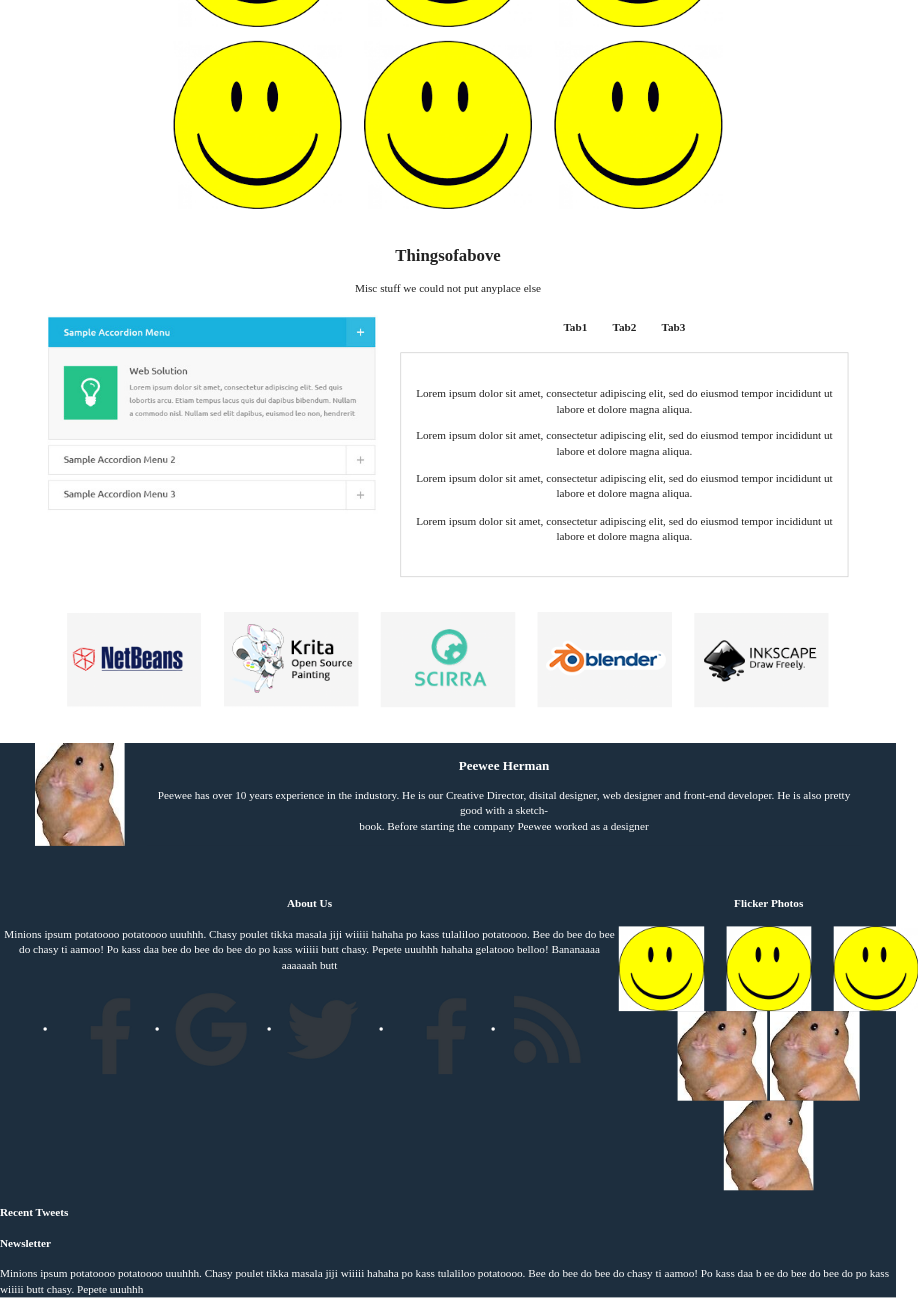
Repository: KanaKimishima/project1-responsive
Page: index.html
These files come from the project's save history. The page is drawn as it stood at one moment and after the next save; the edit follows.
The browser window is 1280 px wide. The page is 1312 px wide, so the pictures cover 1312 px, including what lies to the right of the window. The pictures show the part of the page from y = 1908 to 3788 px (the page is 3778 px tall before and 3788 px after), at 70% of full size.

Above is the page before, as saved 2023-02-06 22:19:26.

### index.html
<!doctype html>
<html class="no-js" lang="">

<head>
  <meta charset="utf-8">
  <title></title>
  <meta name="description" content="">
  <meta name="viewport" content="width=device-width, initial-scale=1">

  <meta property="og:title" content="">
  <meta property="og:type" content="">
  <meta property="og:url" content="">
  <meta property="og:image" content="">

  <link rel="manifest" href="site.webmanifest">
  <link rel="apple-touch-icon" href="icon.png">
  <!-- Place favicon.ico in the root directory -->

  <link rel="stylesheet" href="css/normalize.css">
  <link rel="stylesheet" href="css/main.css">
</head>

<body class="page page-home">
    <header class="page__header">
        <img src="img/logo.png" alt="" class="logo">
        <a href="/">
            <div class="navTab homeTab">
                <img src="img/Home.png" class="navBarIcons">
                <h5>Home</h5>
            </div>
        </a>
        <a href="/">
            <div class="navTab pagesTab">
                <img src="img/pages.png" class="navBarIcons">
                <h5> Pages</h5>
            </div>
        </a>
        <a href="/">
            <div class="navTab blogTab">
                <img src="img/blog.png" class="navBarIcons">
                <h5>Blog</h5>
            </div>
        </a>
        <a href="/">
            <div class="navTab portfolioTab">
                <img src="img/profolio.png" class="navBarIcons">
                <h5>Portfolio</h5>
            </div>
        </a>
        <a href="/">
            <div class="navTab home2Tab">
                <img src="img/home2.png" class="navBarIcons">
                <h5>Home2</h5>
            </div>
        </a>
    </header> <!-- page__header ends here-->

    <div class="page_slide_column">
        <div class="row">
            <img class="minion" src="img/minion.jpg" alt>
        </div>
    </div> <!-- page_slide_column ends here-->


    <div class="page__intro">
        <div class="row">
            <h1 class="heading">Hey guys! This is the <span class="text-color">Metrolics</span> theme. <br>It sports a responsive layout with a mobile layout.</h1>
        </div>
    </div> <!-- page__intro ends here-->

    <section class="about">
        <div class="row">
            <div class="column">
                <h2 class="heading">Things That We Do</h2>
                <p class="text">ask us what we can do for you.</p>
            </div>
        </div>
        <div class="row">
            <div class="column">
                <img src="img/solutions.png" class="things">
                <h3 class="heading">Web Solutions</h3>
                <p class="text">We are a fairly small, flexible design studio that designs for print and web. We work flexibly with clients to fulfil their design needs. Whether you need to create a brand from scratch, including marketing materials and a beautiful and functional website or whether you are looking for a design refresh we are confident you will be pleased with the results.</p>
            </div>
            <div class="column">
                <img src="img/photo.png"  class="things">
                <h3 class="heading">Photography</h3>
                <p class="text">We are a fairly small, flexible design studio that designs for print and web. We work flexibly with clients to fulfil their design needs. Whether you need to create a brand from scratch, including marketing materials and a beautiful and functional website or whether you are looking for a design refresh we are confident you will be pleased with the results.</p>
            </div>
            <div class="column">
                <img src="img/web development.png" class="things">
                <h3 class="heading">Web Development</h3>
                <p class="text">We are a fairly small, flexible design studio that designs for print and web. We work flexibly with clients to fulfil their design needs. Whether you need to create a brand from scratch, including marketing materials and a beautiful and functional website or whether you are looking for a design refresh we are confident you will be pleased with the results.</p>
            </div>
            <div class="column">
                <img src="img/design.png" class="things">
                <h3 class="heading">Web Design</h3>
                <p class="text">We are a fairly small, flexible design studio that designs for print and web. We work flexibly with clients to fulfil their design needs. Whether you need to create a brand from scratch, including marketing materials and a beautiful and functional website or whether you are looking for a design refresh we are confident you will be pleased with the results.</p>
            </div>
        </div>
    </section> <!-- about ends here-->


    <section class="projects--new">
        <div class="row">
            <div class="secondHeader">
                <h2 class="heading">What's up Lately?</h2>
                <p class="text">Read up on our latest work</p>
            </div>
        </div>
        <div class="row">
            <div class="column">
                <img src="img/Happy.png" class="happy" alt="">

            </div>
            <div class="column">
                <img src="img/Happy.png" class="happy" alt="">
            </div>
            <div class="column">
                <img src="img/Happy.png" class="happy" alt="">
            </div>
        </div>
    </section> <!-- projects--new ends here-->

    <section class="projects">
        <div class="row">
            <div class="heading">
                <h2 class="heading">Our Latest Projects</h2>
                <p class="text">Client happy? We are happy.</p>
            </div>
        </div>
        <div class="row happyimages">
            <div class="column">
                <img src="img/Happy.png" class="happy" alt="">
            </div>
            <div class="column">
                <img src="img/Happy.png" class="happy" alt="">
            </div>
            <div class="column">
                <img src="img/Happy.png" class="happy" alt="">
            </div>
        </div>
        <div class="row happyimages">
            <div class="column">
                <img src="img/Happy.png" class="happy" alt="">
            </div>
            <div class="column">
                <img src="img/Happy.png" class="happy" alt="">
            </div>
            <div class="column">
                <img src="img/Happy.png" class="happy" alt="">
            </div>
        </div>
    </section> <!-- projects ends here-->

    <section class="thingsofabove">
        <div class="row">
            <div class="heading">
                <h2 class="heading">Thingsofabove</h2>
                <p class="text">Misc stuff we could not put anyplace else</p>
            </div>
        </div>
        <div class="row">
            <div class="column">
                <div class="sampleaccordion">
                    <img src="img/accordion.png" alt="">
                </div>
            </div>
            <div class="column">
                <div class="tabset">
                    <!-- Tab 1 -->
                    <input type="radio" name="tabset" id="tab1" aria-controls="marzen" checked>
                    <label for="tab1">Tab1</label>
                    <!-- Tab 2 -->
                    <input type="radio" name="tabset" id="tab2" aria-controls="rauchbier">
                    <label for="tab2">Tab2</label>
                    <!-- Tab 3 -->
                    <input type="radio" name="tabset" id="tab3" aria-controls="dunkles">
                    <label for="tab3">Tab3</label>

                    <div class="tab-panels">
                        <section id="marzen" class="tab-panel">
                            <p>Lorem ipsum dolor sit amet, consectetur adipiscing elit, sed do eiusmod tempor incididunt ut labore et dolore magna aliqua.</p>
                            <p>Lorem ipsum dolor sit amet, consectetur adipiscing elit, sed do eiusmod tempor incididunt ut labore et dolore magna aliqua.</p>
                            <p>Lorem ipsum dolor sit amet, consectetur adipiscing elit, sed do eiusmod tempor incididunt ut labore et dolore magna aliqua.</p>
                            <p>Lorem ipsum dolor sit amet, consectetur adipiscing elit, sed do eiusmod tempor incididunt ut labore et dolore magna aliqua.</p>
                        </section>
                        <section id="rauchbier" class="tab-panel">
                            <p>tab2 Lorem ipsum dolor sit amet, consectetur adipiscing elit, sed do eiusmod tempor incididunt ut labore et dolore magna aliqua.</p>
                        </section>
                        <section id="dunkles" class="tab-panel">
                            <p>tab3 tab3 tab3 tab3 Lorem ipsum dolor sit amet, consectetur adipiscing elit, sed do eiusmod tempor incididunt ut labore et dolore magna aliqua.</p>
                        </section>
                    </div>
                </div>
            </div>
        </div>
    </section> <!-- thingsofabove ends here-->

    <section class="sponsors">
        <div class="row">
            <img class="sponser" src="img/NetBeans.png" alt="placeholder">
            <img class="sponser" src="img/KRITA.png" alt="placeholder">
            <img class="sponser" src="img/SCIRRA.png" alt="placeholder">
            <img class="sponser" src="img/blender.png" alt="placeholder">
            <img class="sponser" src="img/ink.png" alt="placeholder">
        </div>
    </section> <!-- sponsers ends here-->

    <footer class="page__footer">
        <div class="page__footer__intro row">
                <img src="img/meme.jpg" alt="hamstermeme">
                <div class="page__footer heading">
                    <h3>Peewee Herman</h3>
                    <p>Peewee has over 10 years experience in the industory. He is our Creative Director, disital designer, web designer and front-end developer. He is also pretty good with a sketch-<br>book. Before starting the company Peewee worked as a designer</p>
                </div>
        </div>
        <div class="row">
            <div class="column">
                <h4>About Us</h4>
                <div class="sns_icons">
                    <p>Minions ipsum potatoooo potatoooo uuuhhh. Chasy poulet tikka masala jiji wiiiii hahaha po kass tulaliloo potatoooo. Bee do bee do bee do chasy ti aamoo! Po kass daa bee do bee do bee do po kass wiiiii butt chasy. Pepete uuuhhh hahaha gelatooo belloo! Bananaaaa aaaaaah butt</p>
                    <ul class="sns-icons row">
                        <li><img src="img/facebook.png" alt=""></li>
                        <li><img src="img/google.png" alt=""></li>
                        <li><img src="img/twitter.png" alt=""></li>
                        <li><img src="img/facebook.png" alt=""></li>
                        <li><img src="img/rss.png" alt=""></li>
                    </ul>
                </div>
            </div>

            <div class="flicker column">
                <h4>Flicker Photos</h4>
                <div class="flicker-imgs row">
                    <img src="img/Happy.png" alt="">
                    <img src="img/Happy.png" alt="">
                    <img src="img/Happy.png" alt="">
                </div>
                <div class="flicker-imgs row"></div>
                    <img src="img/meme.jpg" alt="">
                    <img src="img/meme.jpg" alt="">
                    <img src="img/meme.jpg" alt="">
                </div>
            </div>
            <div class="column">
                <h4>Recent Tweets</h4>
            </div>
            <div class="column">
                <h4>Newsletter</h4>
                <p>Minions ipsum potatoooo potatoooo uuuhhh. Chasy poulet tikka masala jiji wiiiii hahaha po kass tulaliloo potatoooo. Bee do bee do bee do chasy ti aamoo! Po kass daa b ee do bee do bee do po kass wiiiii butt chasy. Pepete uuuhhh </p>
                <div class="">

            </div>
        </div>
    </footer> <!-- page--footer ends here-->

  <script src="js/vendor/modernizr-3.11.2.min.js"></script>
  <script src="js/plugins.js"></script>
  <script src="js/main.js"></script>

  <!-- Google Analytics: change UA-XXXXX-Y to be your site's ID. -->
  <script>
    window.ga = function () { ga.q.push(arguments) }; ga.q = []; ga.l = +new Date;
    ga('create', 'UA-XXXXX-Y', 'auto'); ga('set', 'anonymizeIp', true); ga('set', 'transport', 'beacon'); ga('send', 'pageview')
  </script>
  <script src="https://www.google-analytics.com/analytics.js" async></script>
</body>

</html>

### css/main.css
/** Hedieh Starts CSS**/
/*Nav Bar*/
:root {
  --green: #25c389;
  --yellow: #ffb901;
  --red: #de6262;
  --lightBlue: #1691bd;
  --darkBlue: #166ba2;
  --padding-d: 0 20vw;
  --gap-d: 2em;
}

.row {
  display: flex;
  gap: var(--gap-d);
  text-align: center;
  justify-content: center;
}

.page__header {
  display: flex;
  justify-content: center;
}

.logo {
  object-fit: contain;
}

.navTab>h5 {
  color: white;
  position: absolute;
  padding: 1em;
  margin: 0;
}

.navBarIcons {
  display: flex;
  justify-content: center;
  align-items: center;
  width: 3em;
  height: 3em;
}

.navBarIcons img {
  width: 10em;
  height: 20em;
  object-fit: cover;
}

.navTab {
  height: 5em;
  width: 8em;

}

.homeTab {
  background-color: var(--green);
}

.pagesTab {
  background-color: var(--yellow);
}

.blogTab {
  background-color: var(--red);
}

.portfolioTab {
  background-color: var(--lightBlue);
}

.home2Tab {
  background-color: var(--darkBlue);
}

.things{
  height: 6em;
  width: 6em;
  object-fit: cover;
}

.text-color {
  color: #1691bd;
}

.second-col img{
  width: 33.3vw;
  height: 100%;
}



.happy {
  margin-top: 20px;
  height: 15em;
  object-fit: cover;
}

/** Hedieh Ends CSS**/

.thingsofabove {
  justify-content: center;
  margin-top: 30px;
}

.sampleaccordion {
  margin-top: 10px;
}


.tabset > input[type="radio"] {
  position: absolute;
  left: -200vw;
}

.tabset .tab-panel {
  display: none;
}

.tabset > input:first-child:checked ~ .tab-panels > .tab-panel:first-child,
.tabset > input:nth-child(3):checked ~ .tab-panels > .tab-panel:nth-child(2),
.tabset > input:nth-child(5):checked ~ .tab-panels > .tab-panel:nth-child(3),
.tabset > input:nth-child(7):checked ~ .tab-panels > .tab-panel:nth-child(4),
.tabset > input:nth-child(9):checked ~ .tab-panels > .tab-panel:nth-child(5),
.tabset > input:nth-child(11):checked ~ .tab-panels > .tab-panel:nth-child(6) {
  display: block;
}

.tabset > label {
  position: relative;
  display: inline-block;
  padding: 15px 15px 25px;
  border: 1px solid transparent;
  border-bottom: 0;
  cursor: pointer;
  font-weight: 600;
}

.tab-panel {
  padding: 30px 0;
  border: 1px solid #ccc;
}

.tabset {
  max-width: 40em;
}
/** Tab section ends **/
.sponsors {
  margin: 50px 0;
  width: 100%;
}

.sponser{
  object-fit: cover;
  width: 15%;
}
/** sponser section ends **/

.page__footer {
  background-color: #1d2e3e;
  color: #fff;
}

.page__footer__intro {
  display: flex;
  margin: 50px ;
}

.page__footer__intro img {

}

.flicker-imgs img {
  width: 33.3%;
}



/** footer section ends **/


/*! HTML5 Boilerplate v8.0.0 | MIT License | https://html5boilerplate.com/ */

/* main.css 2.1.0 | MIT License | https://github.com/h5bp/main.css#readme */
/*
 * What follows is the result of much research on cross-browser styling.
 * Credit left inline and big thanks to Nicolas Gallagher, Jonathan Neal,
 * Kroc Camen, and the H5BP dev community and team.
 */

/* ==========================================================================
   Base styles: opinionated defaults
   ========================================================================== */

html {
  color: #222;
  font-size: 1em;
  line-height: 1.4;
}

/*
 * Remove text-shadow in selection highlight:
 * https://twitter.com/miketaylr/status/12228805301
 *
 * Vendor-prefixed and regular ::selection selectors cannot be combined:
 * https://stackoverflow.com/a/16982510/7133471
 *
 * Customize the background color to match your design.
 */

::-moz-selection {
  background: #b3d4fc;
  text-shadow: none;
}

::selection {
  background: #b3d4fc;
  text-shadow: none;
}

/*
 * A better looking default horizontal rule
 */

hr {
  display: block;
  height: 1px;
  border: 0;
  border-top: 1px solid #ccc;
  margin: 1em 0;
  padding: 0;
}

/*
 * Remove the gap between audio, canvas, iframes,
 * images, videos and the bottom of their containers:
 * https://github.com/h5bp/html5-boilerplate/issues/440
 */

audio,
canvas,
iframe,
img,
svg,
video {
  vertical-align: middle;
}

/*
 * Remove default fieldset styles.
 */

fieldset {
  border: 0;
  margin: 0;
  padding: 0;
}

/*
 * Allow only vertical resizing of textareas.
 */

textarea {
  resize: vertical;
}

/* ==========================================================================
   Author's custom styles
   ========================================================================== */

/* ==========================================================================
   Helper classes
   ========================================================================== */

/*
 * Hide visually and from screen readers
 */

.hidden,
[hidden] {
  display: none !important;
}

/*
 * Hide only visually, but have it available for screen readers:
 * https://snook.ca/archives/html_and_css/hiding-content-for-accessibility
 *
 * 1. For long content, line feeds are not interpreted as spaces and small width
 *    causes content to wrap 1 word per line:
 *    https://medium.com/@jessebeach/beware-smushed-off-screen-accessible-text-5952a4c2cbfe
 */

.sr-only {
  border: 0;
  clip: rect(0, 0, 0, 0);
  height: 1px;
  margin: -1px;
  overflow: hidden;
  padding: 0;
  position: absolute;
  white-space: nowrap;
  width: 1px;
  /* 1 */
}

/*
 * Extends the .sr-only class to allow the element
 * to be focusable when navigated to via the keyboard:
 * https://www.drupal.org/node/897638
 */

.sr-only.focusable:active,
.sr-only.focusable:focus {
  clip: auto;
  height: auto;
  margin: 0;
  overflow: visible;
  position: static;
  white-space: inherit;
  width: auto;
}

/*
 * Hide visually and from screen readers, but maintain layout
 */

.invisible {
  visibility: hidden;
}

/*
 * Clearfix: contain floats
 *
 * For modern browsers
 * 1. The space content is one way to avoid an Opera bug when the
 *    `contenteditable` attribute is included anywhere else in the document.
 *    Otherwise it causes space to appear at the top and bottom of elements
 *    that receive the `clearfix` class.
 * 2. The use of `table` rather than `block` is only necessary if using
 *    `:before` to contain the top-margins of child elements.
 */

.clearfix::before,
.clearfix::after {
  content: " ";
  display: table;
}

.clearfix::after {
  clear: both;
}

/* ==========================================================================
   EXAMPLE Media Queries for Responsive Design.
   These examples override the primary ('mobile first') styles.
   Modify as content requires.
   ========================================================================== */

@media only screen and (min-width: 35em) {
  /* Style adjustments for viewports that meet the condition */
}

@media print,
  (-webkit-min-device-pixel-ratio: 1.25),
  (min-resolution: 1.25dppx),
  (min-resolution: 120dpi) {
  /* Style adjustments for high resolution devices */
}

/* ==========================================================================
   Print styles.
   Inlined to avoid the additional HTTP request:
   https://www.phpied.com/delay-loading-your-print-css/
   ========================================================================== */

@media print {
  *,
  *::before,
  *::after {
    background: #fff !important;
    color: #000 !important;
    /* Black prints faster */
    box-shadow: none !important;
    text-shadow: none !important;
  }

  a,
  a:visited {
    text-decoration: underline;
  }

  a[href]::after {
    content: " (" attr(href) ")";
  }

  abbr[title]::after {
    content: " (" attr(title) ")";
  }

  /*
   * Don't show links that are fragment identifiers,
   * or use the `javascript:` pseudo protocol
   */
  a[href^="#"]::after,
  a[href^="javascript:"]::after {
    content: "";
  }

  pre {
    white-space: pre-wrap !important;
  }

  pre,
  blockquote {
    border: 1px solid #999;
    page-break-inside: avoid;
  }

  /*
   * Printing Tables:
   * https://web.archive.org/web/20180815150934/http://css-discuss.incutio.com/wiki/Printing_Tables
   */
  thead {
    display: table-header-group;
  }

  tr,
  img {
    page-break-inside: avoid;
  }

  p,
  h2,
  h3 {
    orphans: 3;
    widows: 3;
  }

  h2,
  h3 {
    page-break-after: avoid;
  }
}



/*trying to make it responsive* delete later?/
/** small/mobile version */
@media screen and (max-width:29.9375em) {
  .navTab,
  .flickr,
  .newsletter,
  .companies,
  .misc-section,
  .accordion-section,
  .about-socials>h3,
  .about-socials>p {
      display: none;
  }

  h4 {
      margin-bottom: 0;
  }

  nav {
      display: flex;
      justify-content: space-between;
      align-items: center;
  }

  .serviceCard {
      flex-direction: column;
  }

  .recent-news-posts {
      flex-direction: column;
  }

  .recent-news-posts::after {
      width: 50%;
      top: 56.3em;
  }

  .logo {
      width: 100%;
  }

  .logoColumn {
      align-content: center;
      margin-top: 0;
  }

  .row {
      max-width: 70em;
      column-gap: .5rem;
      row-gap: 1.5rem;
      margin: 0 auto;
  }

  .social-icons {
      display: flex;
      gap: 0.5em;
      margin-top: 0.2em;
  }

  .footer-content {
      display: flex;
      flex-direction: column;
  }
}

/** medium only */
@media screen and (min-width:30em) and (max-width:63.9375em) {

  .navTab {
      height: 5em;
      width: 5em;
  }

  .logo {
      width: 100%;
  }

  .serviceCard {
      display: grid;
  }

  .recent-news-posts {
      display: grid;
  }

  .recent-news-posts::after {
      width: 50%;
      top: 29.35em;
  }

  .accordion-section {
      flex-direction: column;
      gap: 1em;
  }


  .footer-content {
      display: grid;
  }
}

/** large only */
@media screen and (min-width:64em) {

}

### js/plugins.js
// Avoid `console` errors in browsers that lack a console.
(function() {
  var method;
  var noop = function () {};
  var methods = [
    'assert', 'clear', 'count', 'debug', 'dir', 'dirxml', 'error',
    'exception', 'group', 'groupCollapsed', 'groupEnd', 'info', 'log',
    'markTimeline', 'profile', 'profileEnd', 'table', 'time', 'timeEnd',
    'timeline', 'timelineEnd', 'timeStamp', 'trace', 'warn'
  ];
  var length = methods.length;
  var console = (window.console = window.console || {});

  while (length--) {
    method = methods[length];

    // Only stub undefined methods.
    if (!console[method]) {
      console[method] = noop;
    }
  }
}());

// Place any jQuery/helper plugins in here.

Loaded but not shown: css/normalize.css (library); js/vendor/modernizr-3.11.2.min.js (library); js/main.js (no stored copy; drawn as an empty file)

After the next save:
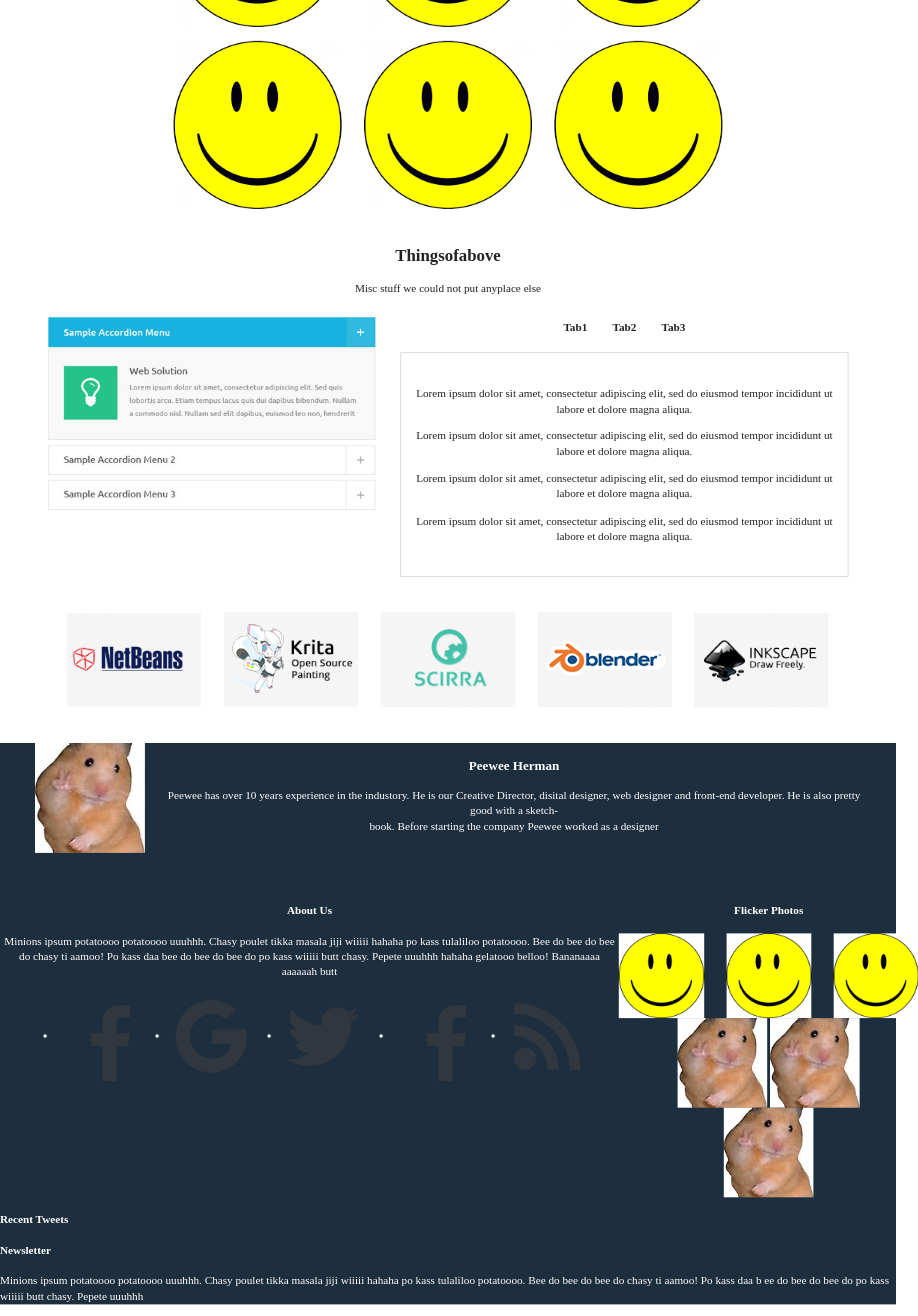
Saved 6 s later.
--- a/css/main.css
+++ b/css/main.css
@@ -167,7 +167,8 @@
 }
 
 .page__footer__intro img {
-
+  object-fit: cover;
+  width: 15%;
 }
 
 .flicker-imgs img {
